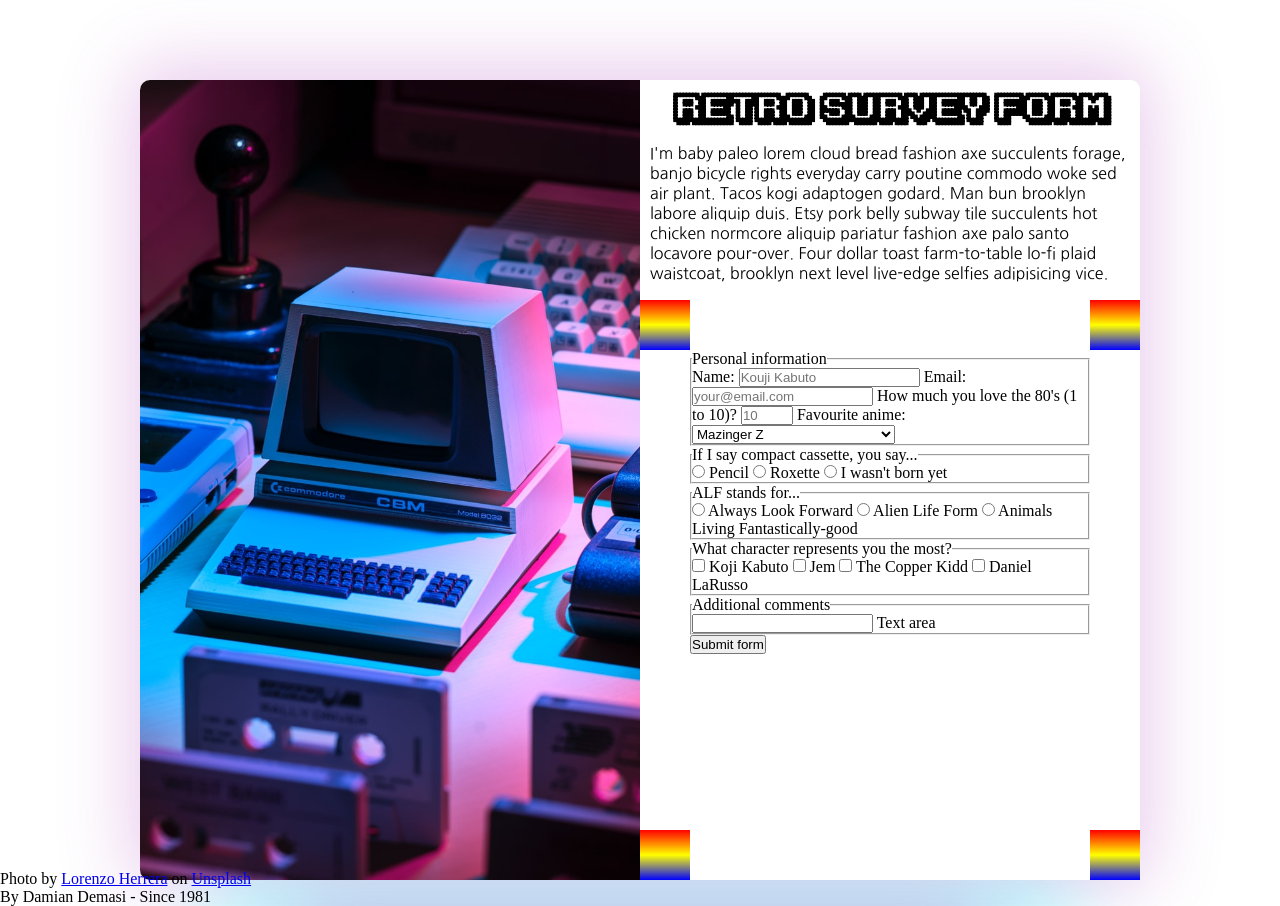
Repository: Colo-Codes/freecodecamp-02-Build-a-Survey-Form
Page: index.html
The author's editor kept a copy of each file at every save. The page is drawn from the files as they stood at one save, then again after the next save.
The browser window is 1280 px wide. The pictures show the whole page.

Above is the page before, as saved 2021-05-18 17:18:45.

### index.html
<!DOCTYPE html>
<html lang="en">

<head>
    <meta charset="UTF-8">
    <meta http-equiv="X-UA-Compatible" content="IE=edge">
    <meta name="viewport" content="width=device-width, initial-scale=1.0">
    <link rel="stylesheet" href="./resources/css/index.css" type="text/css">
    <link rel="preconnect" href="https://fonts.gstatic.com">
    <link href="https://fonts.googleapis.com/css2?family=Nanum+Gothic:wght@400;800&display=swap" rel="stylesheet">
    <title>Retro Survey Form</title>
</head>

<body>
    <main id="grid-container">
        <header>
            <h1 id="title">Retro Survey Form</h1>
            <p id="description">I'm baby paleo lorem cloud bread fashion axe succulents forage, banjo bicycle rights
                everyday carry poutine commodo woke sed air plant. Tacos kogi adaptogen godard. Man bun brooklyn labore
                aliquip duis. Etsy pork belly subway tile succulents hot chicken normcore aliquip pariatur fashion axe
                palo santo locavore pour-over. Four dollar toast farm-to-table lo-fi plaid waistcoat, brooklyn next
                level live-edge selfies adipisicing vice.</p>
        </header>
        <section>
            <form action="#" id="survey-form" method="POST">
                <fieldset>
                    <legend>Personal information</legend>
                    <label for="name" id="name-label">
                        Name: <input type="text" id="name" placeholder="Kouji Kabuto" required>
                    </label>
                    <label for="email" id="email-label">
                        Email: <input type="email" id="email" placeholder="your@email.com" required> <!-- validate -->
                    </label>
                    <label for="number" id="number-label">
                        How much you love the 80's (1 to 10)? <input type="number" id="number" placeholder="10" min="1"
                            max="10" required>
                    </label>
                    <label for=""> Favourite anime:
                        <select name="" id="dropdown">
                            <option value="mazinger-z">Mazinger Z</option>
                            <option value="macross-robotech">Macross (Robotech)</option>
                            <option value="crusher-joe">Crusher Joe</option>
                            <option value="momo">Magical Princess Minky Momo</option>
                            <option value="gundam">Mobile Suit Zeta Gundam</option>
                            <option value="dragon-ball">Dragon Ball</option>
                            <option value="galactic-heroes">Legend of the Galactic Heroes</option>
                        </select>
                    </label>
                </fieldset>

                <fieldset>
                    <legend>If I say compact cassette, you say...</legend>
                    <label for="pencil">
                        <input type="radio" name="cassette-match" value="pencil" id="pencil"> Pencil
                    </label>
                    <label for="roxette">
                        <input type="radio" name="cassette-match" value="roxette" id="roxette"> Roxette
                    </label>
                    <label for="not-born">
                        <input type="radio" name="cassette-match" value="not-born" id="not-born"> I wasn't born yet
                    </label>
                </fieldset>
                <fieldset>
                    <legend>ALF stands for...</legend>
                    <label for="always">
                        <input type="radio" name="alf" value="always" id="always"> Always Look Forward
                    </label>
                    <label for="alien">
                        <input type="radio" name="alf" value="alien" id="alien"> Alien Life Form
                    </label>
                    <label for="animals">
                        <input type="radio" name="alf" value="animals" id="animals"> Animals Living Fantastically-good
                    </label>
                </fieldset>
                <fieldset>
                    <legend>What character represents you the most?</legend>
                    <label for="koji">
                        <input type="checkbox" name="character" value="koji" id="koji"> Koji Kabuto
                    </label>
                    <label for="jem">
                        <input type="checkbox" name="character" value="jem" id="jem"> Jem
                    </label>
                    <label for="copper">
                        <input type="checkbox" name="character" value="copper" id="copper"> The Copper Kidd
                    </label>
                    <label for="larusso">
                        <input type="checkbox" name="character" value="larusso" id="larusso"> Daniel LaRusso
                    </label>
                </fieldset>
                <fieldset>
                    <legend>Additional comments</legend>
                    <label for="">
                        <input type="textarea"> Text area
                    </label>
                </fieldset>
                <input type="submit" value="Submit form">
            </form>
        </section>
        <div id="main-image" role="img" aria-label="Retro computers and devices from the 80's under a blue and violet light"></div>
    </main>
    <div id="glow-1"></div>
    <div id="glow-2"></div>
    <footer>
        <p>Photo by <a href="https://unsplash.com/@lorenzoherrera?utm_source=unsplash&utm_medium=referral&utm_content=creditCopyText">Lorenzo Herrera</a> on <a href="https://unsplash.com/?utm_source=unsplash&utm_medium=referral&utm_content=creditCopyText">Unsplash</a></p>
        <p>By Damian Demasi - Since 1981</p>

    </footer>
</body>

</html>

### resources/css/index.css
@font-face {
    font-family: 'Karmatic Arcade';
    src: url("../fonts/ka1.ttf");
    font-weight: normal;
    font-style: normal;
}
/* Initial reset */
html {
    box-sizing: border-box;
    font-size: 16px;
}
*, *:before, *:after {
    box-sizing: inherit;
    margin: 0;
    padding: 0;
    /*outline: 1px dashed blue; /* Debugging purposes */
}
/* Grid */
#grid-container {
    width: 1000px; /* TODO media query */
    height: 800px; /* TODO media query */
    display: grid;
    flex-direction: row;
    margin: 5rem auto 50px auto;
    border-radius: 10px;
    /* border: 1px solid red; */
    grid-template: 220px 1fr / 1fr 1fr;
    box-shadow: 0px -5px 70px 10px rgba(181, 83, 196, .3);

}
#main-image {
    background-image: url(../img/lorenzo-herrera-p0j-mE6mGo4-unsplash.jpg);
    background-repeat: no-repeat;
    background-position: 50%;
    background-size: cover;
    order: -1;
    grid-area: 1 / 1 / 3 / 2; /* the whole left column */
    border-radius: 10px 0 0 10px;
}
header {
    background-color: white;
    grid-area: 1 / 2 / 2 / 3; /* top right */
    border-radius: 0 10px 0 0;
}
section {
    background-color: white;
    grid-area: 2 / 2 / 3 / 3; /* top right */
    border-radius: 0 0 10px 0;
    /* border-bottom: 3px solid violet; */
    border-style: solid;
    border-width: 50px;
    border-image: linear-gradient(red, yellow, blue);
}
/* Form */
h1 {
    margin-top: 10px;
    font-family: "Karmatic Arcade", sans-serif;
    text-align: center;
}
header p {
    padding: 1em 10px 1em 10px;
    font-family: 'Nanum Gothic', sans-serif;
}
/* Glow */
#glow-1 {
    display: block;
    margin: -60px auto;
    border-color: transparent;
    color: transparent;
    box-shadow: 0px 40px 80px 10px #0ff;
    width: 850px; /* TODO media query */
}
#glow-2 {
    display: block;
    margin: -60px auto;
    border-color: transparent;
    color: transparent;
    box-shadow: 0px 80px 80px 20px rgba(181, 83, 196, .8);
    width: 650px; /* TODO media query */
}

After the next save:
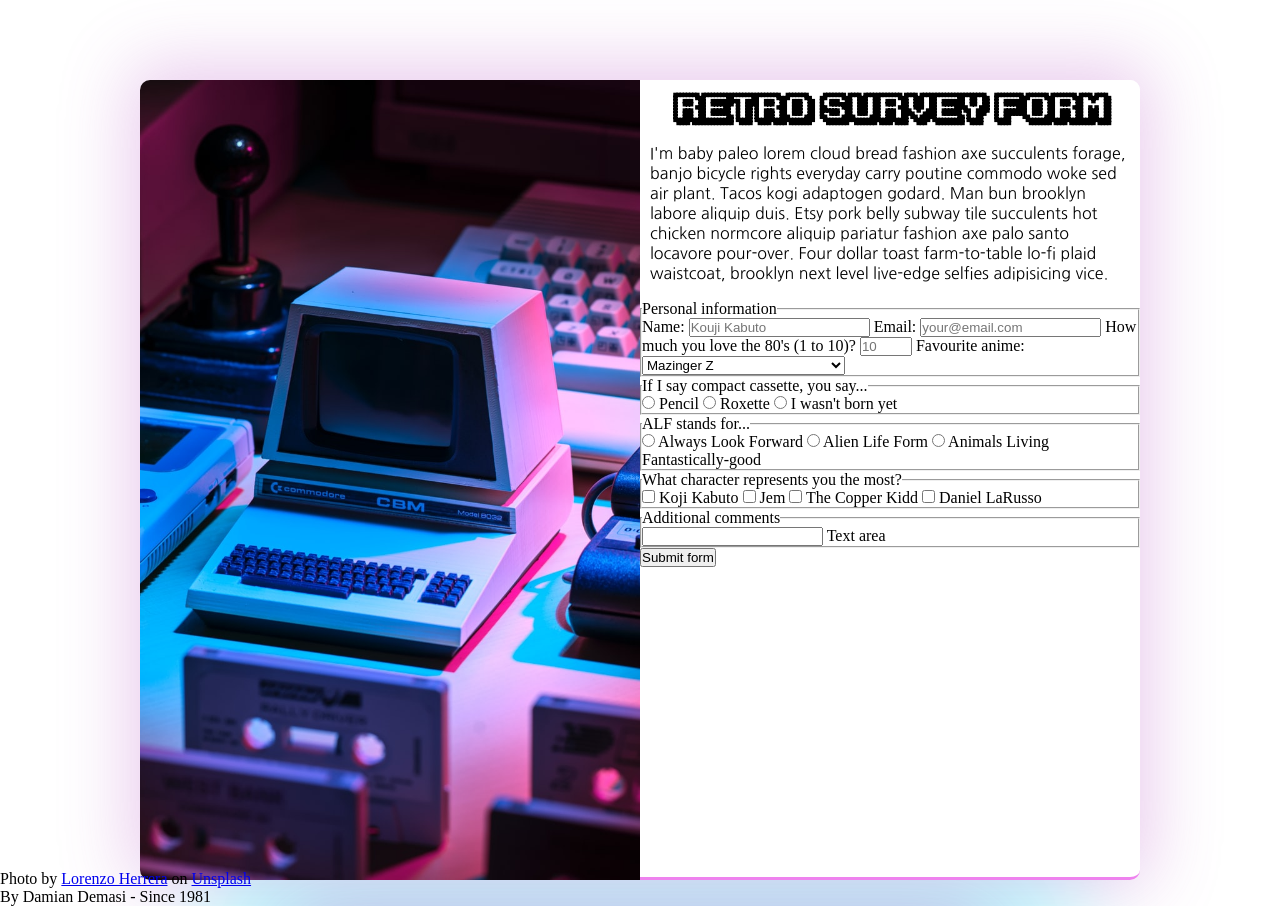
Saved 19 s later.
--- a/resources/css/index.css
+++ b/resources/css/index.css
@@ -46,10 +46,7 @@ section {
     background-color: white;
     grid-area: 2 / 2 / 3 / 3; /* top right */
     border-radius: 0 0 10px 0;
-    /* border-bottom: 3px solid violet; */
-    border-style: solid;
-    border-width: 50px;
-    border-image: linear-gradient(red, yellow, blue);
+    border-bottom: 3px solid violet;
 }
 /* Form */
 h1 {
